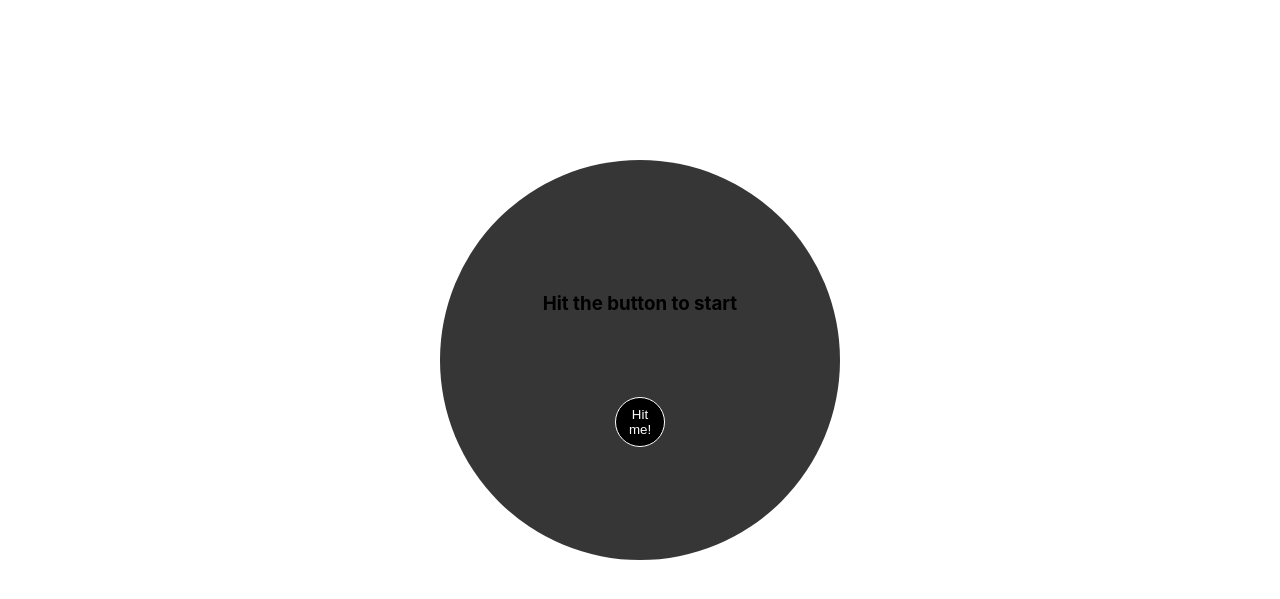
Repository: litalsh/Usless-Counter
Page: /
An editor plug-in stored every save of this project. The page is shown before and after the next save, followed by the edit.
The browser window is 1280 px wide. The pictures show the whole page.
The project was rebuilt for these pictures with package versions that can differ from the ones it lists, and the page was loaded fresh each time.

Above is the page before, as saved 2021-02-22 12:29:34.

### src/App.js
import React, { useState } from 'react';
import './App.css';

function App() {
  const [counter, setCounter] = useState(0);

  const clickHandler = () => {
    setCounter(counter + 1)
  }
  return (
    <div className="App">
     {counter === 0 ? <h3>Hit the button to start</h3> : <h3>I clicked it {counter} times already but nothing is happaning!</h3>}
     <button onClick={() => clickHandler()}>Hit me!</button>
    </div>
  );
}

export default App;

### src/App.css
#root{
  display: flex;
  width: 100vw;
  height: 100vh;
  justify-content: center;
  flex-direction: row;
  margin: auto;
}

.App {
  display: flex;
  flex-direction: column;
  justify-content: space-evenly;
  text-align: center;
  width: 400px;
  height: 400px;
  border-radius: 50%;
  background: #363636;
  padding: 50px;
  box-sizing: border-box;
  align-self: center;
}

button {
  width: 50px;
  height: 50px;
  border-radius: 50%;
  border: 1px solid #fff;
  background: #000;
  color: #fff;
  align-self: center;
}

Loaded but not shown: public/index.html (common file); src/index.js (common file); src/index.css (common file); src/reportWebVitals.js (common file)

After the next save:
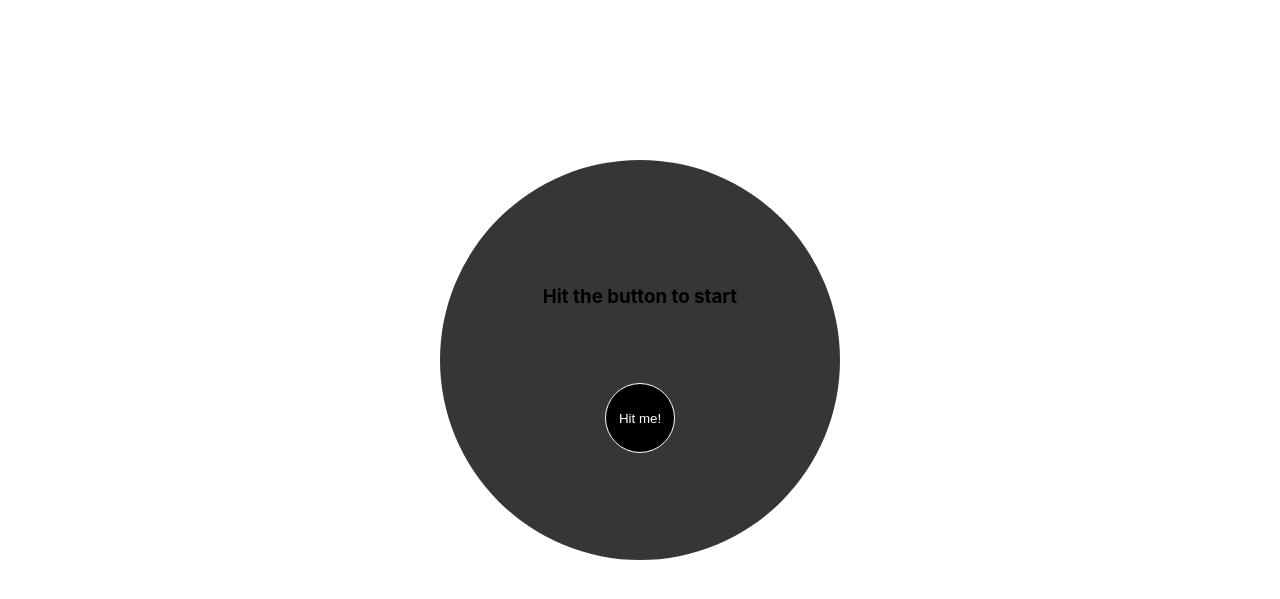
Saved 10 s later.
--- a/src/App.css
+++ b/src/App.css
@@ -22,8 +22,8 @@
 }
 
 button {
-  width: 50px;
-  height: 50px;
+  width: 70px;
+  height: 70px;
   border-radius: 50%;
   border: 1px solid #fff;
   background: #000;
